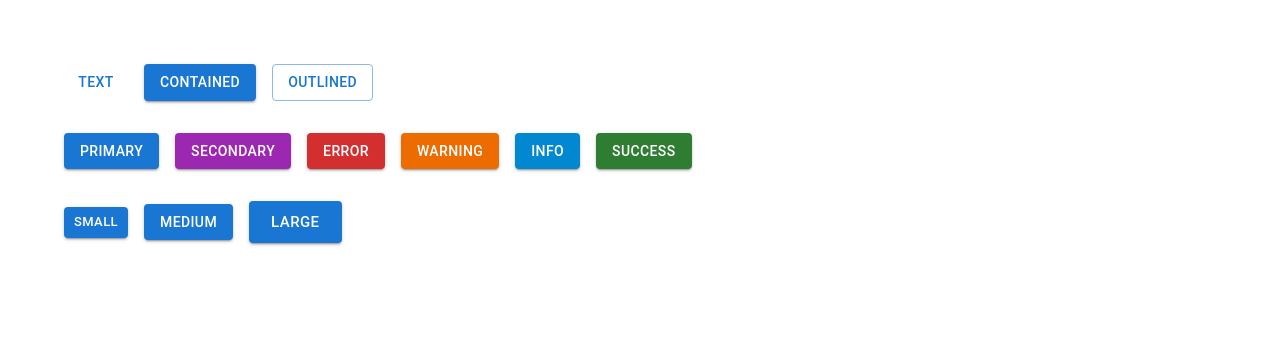
Repository: janidulnkg1/react-mui
Page: / (app in mui-demo/)
The author's editor kept a copy of each file at every save. The page is drawn from the files as they stood at one save, then again after the next save.
The browser window is 1280 px wide. The pictures show the whole page.
The project was rebuilt for these pictures with package versions that can differ from the ones it lists, and the page was loaded fresh each time.

Above is the page before, as saved 2023-11-08 12:30:47.

### mui-demo/src/App.tsx
import './App.css';
//import { MuiTypography } from './components/MuiTypography';
import { MuiButton } from './components/MuiButton';

function App() {
  return (
    <div className="App">

      {/*MuiTypography */}
      <MuiButton />
    </div>
  );
}

export default App;

### mui-demo/src/components/MuiButton.tsx
import {Button, Stack} from "@mui/material"
import SendIcon from '@mui/icons-material/Send';


export const MuiButton = () => {
  return (
    <Stack spacing={4}>
        <Stack spacing={2} direction='row'>
            <Button variant='text' href='https://google.com'>Text</Button>
            <Button variant='contained'>Contained</Button>
            <Button variant='outlined'>Outlined</Button>
        </Stack>

        <Stack spacing={2} direction='row'>
            <Button variant='contained' color='primary'>Primary</Button>
            <Button variant='contained' color='secondary'>Secondary</Button>
            <Button variant='contained' color='error'>Error</Button>
            <Button variant='contained' color='warning'>Warning</Button>
            <Button variant='contained' color='info'>Info</Button>
            <Button variant='contained' color='success'>Success</Button>
        </Stack>

        <Stack display='block' spacing={2} direction='row'>
            <Button variant='contained' size='small'>Small</Button>
            <Button variant='contained' size='medium'>Medium</Button>
            <Button variant='contained' size='large'>Large</Button>
        </Stack>

        <Stack spacing={2} direction='row'>

        </Stack>

    </Stack>
  )
}

Loaded but not shown: mui-demo/public/index.html (common file); mui-demo/src/index.tsx (common file); mui-demo/src/index.css (common file); mui-demo/src/reportWebVitals.ts (common file); mui-demo/src/App.css (common file)

After the next save:
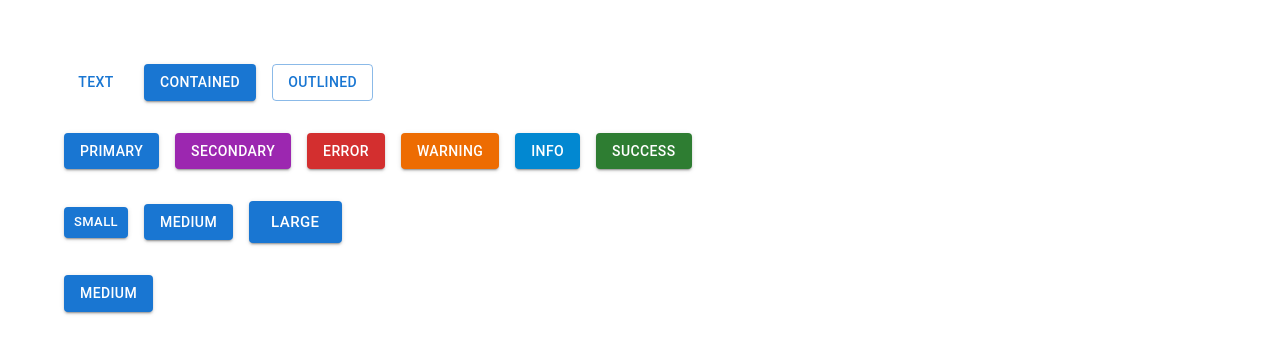
Saved 4 s later.
--- a/mui-demo/src/components/MuiButton.tsx
+++ b/mui-demo/src/components/MuiButton.tsx
@@ -27,7 +27,7 @@ export const MuiButton = () => {
         </Stack>
 
         <Stack spacing={2} direction='row'>
-
+            <Button variant='contained' size='medium'>Medium</Button>
         </Stack>
 
     </Stack>
